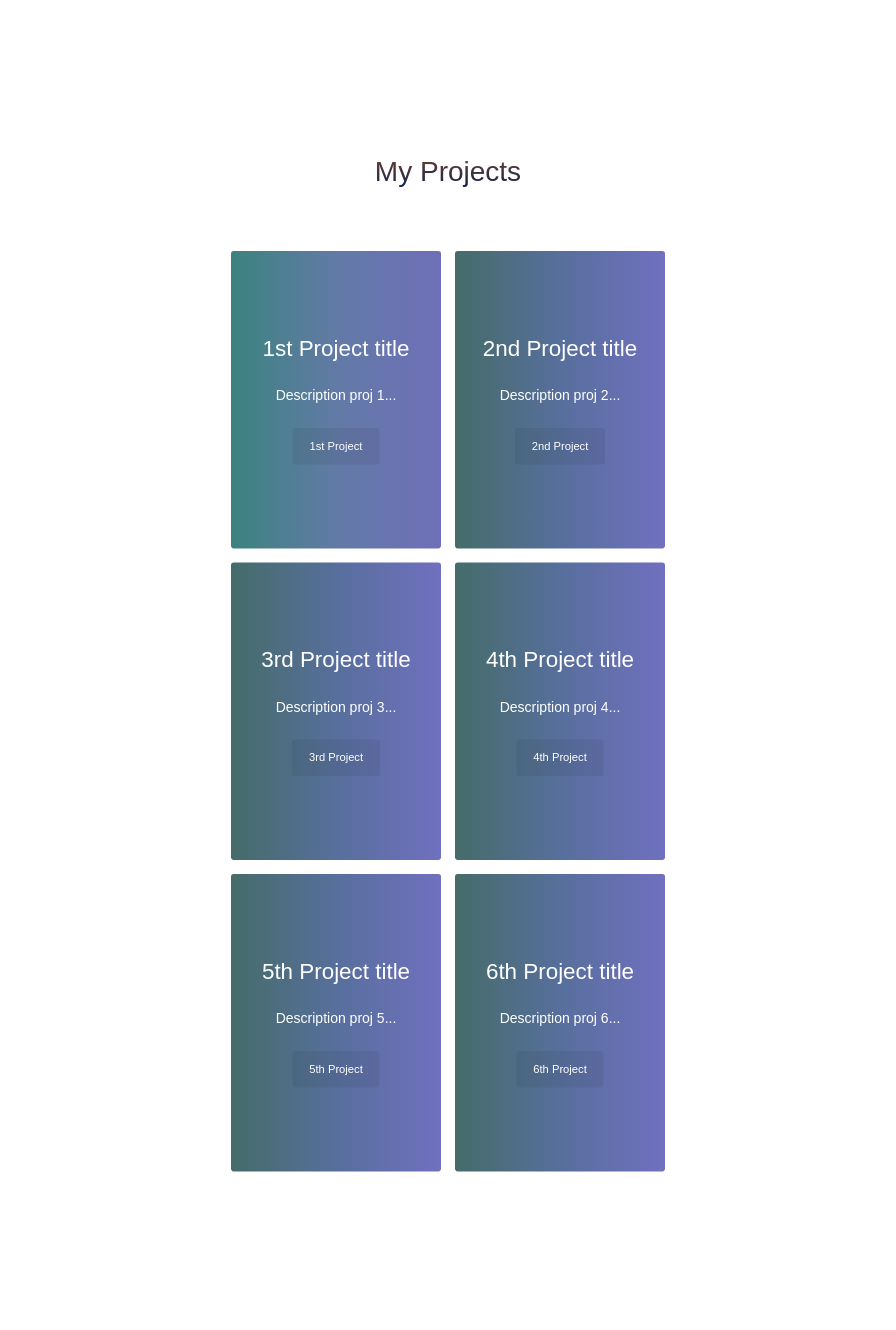
Repository: dvynchi/profile-2022
Page: index.html
These files come from the project's save history. The page is drawn as it stood at one moment and after the next save; the edit follows.
The browser window is 1280 px wide. The pictures show the part of the page from y = 719 to 2619 px (the page is 3224 px tall before and 3064 px after), at 70% of full size.
A picture or video elsewhere on the page could not be fetched, so the positions and the page height are approximate. Some web libraries are served in a nearby version.

Above is the page before, as saved 2022-08-15 19:08:52.

### index.html
<!DOCTYPE html>
<html lang="en">
<head>
    <meta charset="UTF-8">
    <meta http-equiv="X-UA-Compatible" content="IE=edge">
    <meta name="viewport" content="width=device-width, initial-scale=1.0">
    <title>Vincent Dim</title>
    <!-- embed remote icon library -->
    <script src="https://kit.fontawesome.com/f634dfbd28.js" crossorigin="anonymous"></script>
    <link rel="stylesheet" href="styles.css">
    <!-- embed remote style sheet - bootstrap -->
    <link rel="stylesheet" href="https://cdn.jsdelivr.net/npm/bootstrap@5.2.0/dist/css/bootstrap.min.css" rel="stylesheet" integrity="sha384-gH2yIJqKdNHPEq0n4Mqa/HGKIhSkIHeL5AyhkYV8i59U5AR6csBvApHHNl/vI1Bx" crossorigin="anonymous">
</head>

<body>

    <!-- Navbar Section -->

    <nav class="navbar">
        <div class="navbar_container">
            <a href="#about" id="navbar_logo"><i class="fa fa-home fa" aria-hidden="true"></i></a>  <!--<a> is used to create hyperlink named color-->

            <!--create hamburger menu (3 bars)-->
            <div class="navbar_toggle" id="mobile-menu">
                <span class="bar"></span>
                <span class="bar"></span>
                <span class="bar"></span>
            </div>

            <!--CREATE NAV MENU-->

            <ul class="navbar_menu">
                <!-- <li class="navbar_item">
                    <a href="#home" class="navbar_links" id="home-page">Home</a>
                </li> -->

                <li class="navbar_item">
                    <a href="#about" class="navbar_links" id="about-page">About</a>
                </li>

                <li class="navbar_item">
                    <a href="#projects" class="navbar_links" id="projects-page">Projects</a>
                </li>

                <li class="navbar_item">
                    <a href="#contact" class="navbar_links" id="contact-page">Contact Me</a>
                </li>

            </ul>
        </div>
    </nav>

    <!-- ABOUT and SIDEBAR -->
    <div class="main" id="about">
        <div class="main_container">
             <!-- SIDE BAR SECTION -->
             <div class="row">
                <div class="col-md-4 mt-1">
                    <div class="card text-center sidebar">
                        <div class="card-body">
                            <img src="vincent-image.jpg" class="rounded-circle" width="150" alt="profile picture here">
                            <div class="mt-3"><h3>Vincent Dim</h3>
                                <h2>Web Developer</h2>
                                <p>I am experienced at stuff...</p>
                            </div>
                        </div>
                    </div>
                </div>
                <!-- ABOUT SECTION -->
                <div class="col-md-8 mt-1">
                    <div class="card mb-3 content">
                        <h1 class="m-3 pt-3">About</h1>
                        <div class="card-body">
                            <div class="row">
                                <div class="col-md-3"><h5>Name</h5></div>
                                <div class="col-md-9 text-secondary"> Vincent Dim </div>
                            </div>
                            <hr> <!-- line break -->

                            <div class="row">
                                <div class="col-md-3"><h5>Email</h5></div>
                                <div class="col-md-9 text-secondary"> dvynchi@gmail.com</div>
                            </div>
                            <hr> <!-- line break -->

                            <div class="row">
                                <div class="col-md-3"><h5>Phone</h5></div>
                                <div class="col-md-9 text-secondary">647 704 2657</div>
                            </div>
                            <hr> <!-- line break -->

                            <div class="row">
                                <div class="col-md-3"><h5>Address</h5></div>
                                <div class="col-md-9 text-secondary">118 Vaughan Street, Guelph, ON</div>
                            </div>
                        </div>
                    </div>

                    <div class="card mb-3 content">
                        <h1 class="m-3">Portfolio</h1>
                        <div class="card-body">
                            <div class="row">
                                <div class="col-md-3">
                                    <h5>Current Portfolio</h5>
                                </div>
                                <div class="col-md-9 text-secondary">Link</div>
                            </div>
                        </div>
                    </div>
                </div>
            </div>
        </div>
    </div>

    <!-- PROJECTS SECTION (use image tag in place of p to insert an image)-->

    <div class="projects" id="projects">
        <h1>My Projects</h1>
        <div class="projects_wrapper">
            <div class="projects_card">
                <h2>1st Project title</h2>
                <p>Description proj 1...</p>
                <div class="projects_btn"><button>1st Project</button></div>
            </div>
            <!-- ------------------------- -->
            <div class="projects_card">
                <h2>2nd Project title</h2>
                <p>Description proj 2...</p>
                <div class="projects_btn"><button>2nd Project</button></div>
            </div>
            <!-- ------------------------- -->
            <div class="projects_card">
                <h2>3rd Project title</h2>
                <p>Description proj 3...</p>
                <div class="projects_btn"><button>3rd Project</button></div>
            </div>
            <!-- ------------------------- -->
            <div class="projects_card">
                <h2>4th Project title</h2>
                <p>Description proj 4...</p>
                <div class="projects_btn"><button>4th Project</button></div>
            </div>
            <!-- ------------------------- -->
            <div class="projects_card">
                <h2>5th Project title</h2>
                <p>Description proj 5...</p>
                <div class="projects_btn"><button>5th Project</button></div>
            </div>
            <!-- ------------------------- -->
            <div class="projects_card">
                <h2>6th Project title</h2>
                <p>Description proj 6...</p>
                <div class="projects_btn"><button>6th Project</button></div>
            </div>
        </div>
    </div>

    <!-- CONTACT SECTION (use image tag in place of p to insert an image)-->

    <div class="main" id="contact">
        <div class="main_container">
            <div class="main_content">
                <div class="container mt-5">
                    <h1>Contact Me</h1>
                    <!-- ----------- start grid (divide one row into cols) ----------->
                    <!-- ----------- 'Max container width is 12 ----------->
                    <!-- ----------- 'cols 1 + 2 = 100% , cols 3 + 4 = 100% ------->
                    <!-- ----------- 'required' ensures field must be filled --------->
                    <form class="row g-3">
                        <!-----------col1--medium column of 50% (ie: 6/12)--------->
                        <div class="col-md-6">
                            <label for="firstName" class="form-label">First Name</label>
                            <input type="text" class="form-control" id="firstName" required>
                        </div>
                        <!---------------------col2 (ie: 6/12) ------------------------------>
                        <div class="col-md-6">
                            <label for="lastName" class="form-label">Last Name</label>
                            <input type="text" class="form-control" id="lastName" required>
                        </div>
                        <!-- ---------------------- col3 wider (8/12) ----------------->
                        <div class="col-md-8">
                            <label for="emailInfo" class="form-label">Email</label>
                            <input type="email" class="form-control" id="emailInfo" required>
                        </div>
                        <!-- ---------------------- col4 wider (4/12) ----------------->
                        <div class="col-md-4">
                            <label for="phoneNumber" class="form-label">Phone</label>
                            <input type="text" class="form-control" id="phoneNumber" placeholder="+1 (519) 123-4567">
                        </div>
                        <!-- -------- comments box is full width of the container ------>
                        <div class="col-md-12">
                            <label for="message" class="form-label">Message</label>
                            <textarea class="form-control" id="message" rows="3" required></textarea>
                        </div>
                        <!-- -------- Button ------>
                        <div class="col-md-12">
                            <button class="submit" id="btn btn-primary">Submit</button>
                        </div>

                    </form>
                </div>
            </div>
        </div>
    </div>


    <!-- link app.js -->
    <!-- script tag is used to embed javascript-->
    <script src="app.js"></script>
</body>
</html>

### styles.css
* {
    box-sizing: border-box;
    margin: 0;
    padding: 0;
    font-family: 'Kumbh Sans', sans-serif;
    scroll-behavior: smooth;
}

/******************************************* NAVBAR SECTION ***********************************************/
.navbar {
    background: #131313;   /* Hex code */
    height: 80px;
    display: flex;
    justify-content: center;
    align-items: center;
    font-size: 1.4rem;        /* 1.4 x 16px */
    position: sticky;
    top: 0;
    z-index: 999;             /* so navbar is always on top when scrolling - prevents buttons from covering it*/
}

.navbar_container {
    display: flex;
    justify-content: space-between;
    text-align: center;
    height: 80px;
    z-index: 1;
    width: 100%;
    max-width: 1300px;
    margin: 0 auto ;           /* (top and bottom) (left and right) */
    padding: 0 50px;
}


/* id(#) is used to style only one element on the webpage */
/* class(.) is used to style multiple elements */


/* I added an icon as opposed to text */

#navbar_logo {
    margin: 10px;
    height: 60px;
    width: 60px;
    border-radius: 2px;
    display: flex;
    flex-direction: column;
    justify-content: center;
    color: #fff;
    background-image: linear-gradient(to right, #03324e 0%, #0e2d3e 100%);
}

.navbar_menu {
    display: flex;
    align-items: center;
    list-style: none;
}

.navbar_item {
    height: 80px;
}

.navbar_links {
    color: #fff;
    display: flex;
    align-items: center;
    justify-content: center;
    width: 125px;
    text-decoration: none;
    height: 100%;
    transition: all 0.3s ease;
}

/*Home icon properties*/
.navbar_btn {
    display: flex;
    justify-content: center;
    align-items: center;
    padding: 0 1rem;                         /* top bottom, left right */
    width: 100%;
}

/* create color gradient for button --see uigradients.com */
.button {
    display: flex;
    justify-content: center;
    align-items: center;
    text-decoration: none;
    padding: 10px 20px;
    height: 100%;
    width: 100%;
    border: none;
    outline: none;
    border-radius: 4px;
    background: #833ab4;
    background: -webkit-linear-gradient(to right, #fcb045,#fd1d1d,#833ab4);
    background: linear-gradient(to right, #fcb045,#fd1d1d,#833ab4);
    color: #fff;
    transition: all 0.3s ease;
}

/* nav links glow upon hover */

.navbar_links:hover {
    color:#9518fc;
    transition: all 0.3s ease;
}

/* RESPONSIVENESS */
/* site adjusts width of display */
/* If [device width] is less than or equal to max-width do {..} */

@media screen and (max-width: 960px) {
    .navbar_container {
        display: flex;
        justify-content: space-between;
        height: 80px;
        z-index: 1;
        width: 100%;
        max-width: 1300px;
        padding: 0;
    }

    /* DROPDOWN PROPERTIES */
    .navbar_menu {
        display: grid;
        grid-template-columns: auto;
        margin: 0;
        width: 100%;
        position: absolute;
        top: -1000px;               /* Prevents navbar from clustering together if page is below max-width. Must be used with position absolute */
        opacity: 1;
        transition: all 0.5s ease;
        z-index: -1;
    }

    .navbar_menu.active {
        background: #131313;
        top: 100%;
        opacity: 1;
        transition: all 0.5s ease;
        z-index: 99;
        height: 40vh;
        font-size: 1.6rem;
    }

    #navbar_logo {
        padding-left: 1px;       /* original padding was 25px */
    }

    /* HAMBURGER SECTION */

    .navbar_toggle .bar {
        width: 25px;
        height: 3px;
        margin: 5px auto;
        transition: all 0.3s ease-in-out;
        background: #fff;
    }

    .navbar_item {
        width: 100%;
    }
     .navbar_links {
        text-align: center;
        padding: 2rem;
        width: 100%;
        display: table;
    }

    .navbar_btn  {
        padding-bottom: 2rem;
    }

    .button  {
        display: flex;
        justify-content: center;
        align-items: center;
        width: 80%;
        height: 80px;
        margin: 0;
    }

    /* HAMBURGER */

    #mobile-menu
    {
        position: absolute;
        top: 20%;
        right: 5%;
        transform: translate(5%, 20%);
    }

    .navbar_toggle .bar
    {
        display: block;
        cursor: pointer;
    }

    /* hamburger menu animation (see app.js) */
    /* hamburger menu id was defined as 'mobile-menu' in index.html */
    /* rotate bars 1,3; but hide bar 2 */

    #mobile-menu.is-active .bar:nth-child(2)
    {
        opacity: 0;
    }
    #mobile-menu.is-active .bar:nth-child(1)
    {
        transform: translateY(8px) rotate(45deg);
    }
    #mobile-menu.is-active .bar:nth-child(3)
    {
        transform: translateY(-8px) rotate(-45deg);
    }

}


/* SCROLL ATTRIBUTE - line under nav links*/
.highlight {
    border-bottom: 4px solid rgb(132, 0, 255);
}

/******************************************* ABOUT SECTION ***********************************************/

.main {
    background-color:  white;
    padding: 5rem 0;                        /* was 10rem, but too much space */
}

.main_container {
    display: grid;
    grid-template-columns: 1fr;      /*original was 1fr 1fr - split into two halves but not enough space */
    align-items: center;
    justify-content: center;
    margin: 0 auto;
    height: 90%;
    z-index: 1;
    width: 100%;
    max-width: 1300px;
    padding: 0 50px;
}

.main_container h3 {
    font-size: 2.5rem;
}


/* Mobile Responsiveness for About and Contact Section */

@media screen and (max-width: 1100px) {
    main_container
    {
        display: grid;
        grid-template-columns: 1fr;
        align-items: center;
        justify-content: center;
        width: 100%;
        margin: 0 auto;
        height: 90%;
    }

    .main_content  {
        text-align: center;
        margin-bottom: 4rem;
    }

    .main_content h1  {
        font-size: 2.5rem;
        margin-top: 2rem;
    }

    .main_content h2  {
        font-size: 2.5rem;
    }

    .main_content p  {
        font-size: 1rem;
        margin-top: 1.5rem;
    }
}


/******************************************* PROJECTS SECTION ***********************************************/

.projects {
    background: white;
    display: flex;
    flex-direction: column;
    justify-content: center;
    align-items: center;
    height: 100%;
    padding: 10rem 0;
  }

.projects h1 {
    background-color: #6207c4;
    background-image: linear-gradient(to top, #10234c 0%, #724030 100%);
    background-size: 100%;
    -webkit-background-clip: text;
    -moz-background-clip: text;
    -webkit-text-fill-color: transparent;
    -moz-text-fill-color: transparent;
    margin-bottom: 5rem;
    font-size: 2.5rem;
}

.projects_wrapper {
    display: grid;
    grid-template-columns: 1fr 1fr 1fr;     /* add more per new project */
    grid-template-rows: 1fr;
}

/* Add color to each project card */

.projects_card {
    margin: 10px;
    height: 425px;
    width: 300px;
    border-radius: 4px;
    display: flex;
    flex-direction: column;
    justify-content: center;
    color: #fff;
    background-image: linear-gradient(to right,#3b837e, #627aa6, #6f6fb9);
    transition: 0.3s ease-in;
}

.projects_card:nth-child(2) {
    background: #7F7FD5;  /* fallback for old browsers */
    background: -webkit-linear-gradient(to right, #3b837e, #627aa6, #6f6fb9);  /* Chrome 10-25, Safari 5.1-6 */
    background: linear-gradient(to right, #456c69, #576f9c, #7070bf);
}

.projects_card:nth-child(3) {
    background: #7F7FD5;  /* fallback for old browsers */
    background: -webkit-linear-gradient(to right, #3b837e, #627aa6, #6f6fb9);  /* Chrome 10-25, Safari 5.1-6 */
    background: linear-gradient(to right, #456c69, #576f9c, #7070bf);
}

.projects_card:nth-child(4) {
    background: #7F7FD5;
    background: -webkit-linear-gradient(to right, #3b837e, #627aa6, #6f6fb9);
    background: linear-gradient(to right, #456c69, #576f9c, #7070bf);
}

.projects_card:nth-child(5) {
    background: #7F7FD5;
    background: -webkit-linear-gradient(to right, #3b837e, #627aa6, #6f6fb9);
    background: linear-gradient(to right, #456c69, #576f9c, #7070bf);
}

.projects_card:nth-child(6) {
    background: #7F7FD5;
    background: -webkit-linear-gradient(to right, #3b837e, #627aa6, #6f6fb9);
    background: linear-gradient(to right, #456c69, #576f9c, #7070bf);
}

.projects_card h2 {
    text-align: center;
}

.projects_card h3 {
    text-align: center;
}

.projects_card p {
    text-align: center;
    margin-top: 24px;
    font-size: 20px;
}

.projects_btn {
    display: flex;
    justify-content: center;
    margin-top: 16px;
}

/* button properties and animation. The entire card is the button */

.projects_card button {
    color: #fff;
    padding: 14px 24px;
    border: none;
    outline: none;
    border-radius: 4px;
    background: #13131313;
    font-size: 1rem;
}

.projects_card button:hover {
    cursor: pointer;
}

.projects_card:hover {
    transform: scale(1.075);
    transition: 0.3s ease-in;
    cursor: pointer;
}

/* split cards into grid at specified browser width */

@media screen and (max-width: 1300px) {
    .projects_wrapper {
        grid-template-columns: 1fr 1fr;
    }
}

@media screen and (max-width: 768px) {
    .projects_wrapper {
        grid-template-columns: 1fr;
    }
}

/******************************************* CONTACT SECTION ***********************************************/


main_container {
    display: grid;
    grid-template-columns: 1fr;
    align-items: center;
    justify-content: center;
    width: 100%;
    margin: 0 auto;
    height: 90%;
}

.main_content {
    text-align: center;
    margin-bottom: 4rem;
}

.main_content h1 {
    font-size: 2.5rem;
    margin-top: 2rem;
}

.main_content h2 {
    font-size: 2.5rem;
}

.main_content p {
    font-size: 1rem;
    margin-top: 1.5rem;
}

### app.js
const ham = document.querySelector('#mobile-menu');
const hamLinks = document.querySelector('.navbar_menu');
// const navLogo = document.querySelector('#navbar_logo')

/* display mobile menu using arrow function */
/* toggle the "is-active" class made in css */

const mobileMenu = () =>
{
    ham.classList.toggle('is-active');
    hamLinks.classList.toggle('active');
};

/* Run hamMenu function upon click */
ham.addEventListener('click', mobileMenu);



/************************************* unnecessary ************************************************************************** */


/* Show active menu when scrolling - Auto switch navbar when scrolling */

// const highlightMenu = () =>
// {
//     const elem = document.querySelector('.highlight')
//     const homeMenu = document.querySelector('#about-page')
//     const aboutMenu = document.querySelector('#projects-page')
//     const contactMenu = document.querySelector('#contact-page')

//     let scrollPos = window.scrollY

//       //   Add highlights class to menu items [desktop view only i.e 960px]
//       //   Every 600px while scrolling, the tabs auto switch to the corresponding page
//     if (window.innerWidth > 960 && scrollPos < 600)
//     {
//         homeMenu.classList.add('highlight')
//         aboutMenu.classList.remove('highlight')
//         return;
//     }
//     else if (window.innerWidth > 960 && scrollPos < 1400)
//     {
//         aboutMenu.classList.add('highlight')
//         homeMenu.classList.remove('highlight')
//         contactMenu.classList.remove('highlight')
//         return;
//     }
//     else if (window.innerWidth > 960 && scrollPos < 2345)
//     {
//         contactMenu.classList.add('highlight')
//         aboutMenu.classList.remove('highlight')
//         return;
//     }

//     if ((elem && window.innerWidth < 960 && scrollPos < 600) || elem)
//     {
//         elem.classList.remove('highlight')
//     }

// }

// // call highlightMenu
// window.addEventListener('scroll', highlightMenu);
// window.addEventListener('click', highlightMenu);

After the next save:
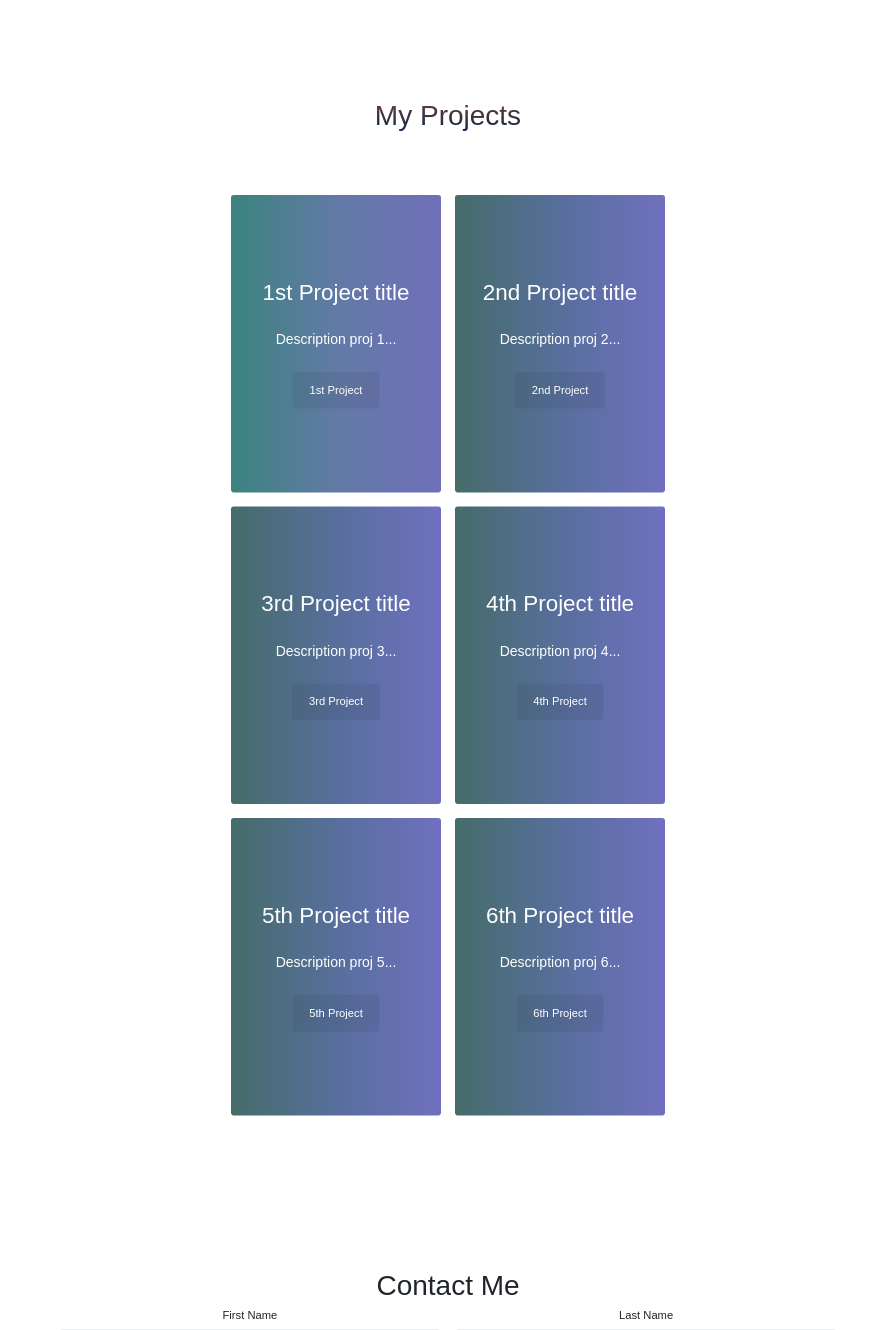
Saved 23 s later.
--- a/styles.css
+++ b/styles.css
@@ -291,7 +291,7 @@
     justify-content: center;
     align-items: center;
     height: 100%;
-    padding: 10rem 0;
+    padding: 5rem 0;
   }
 
 .projects h1 {
